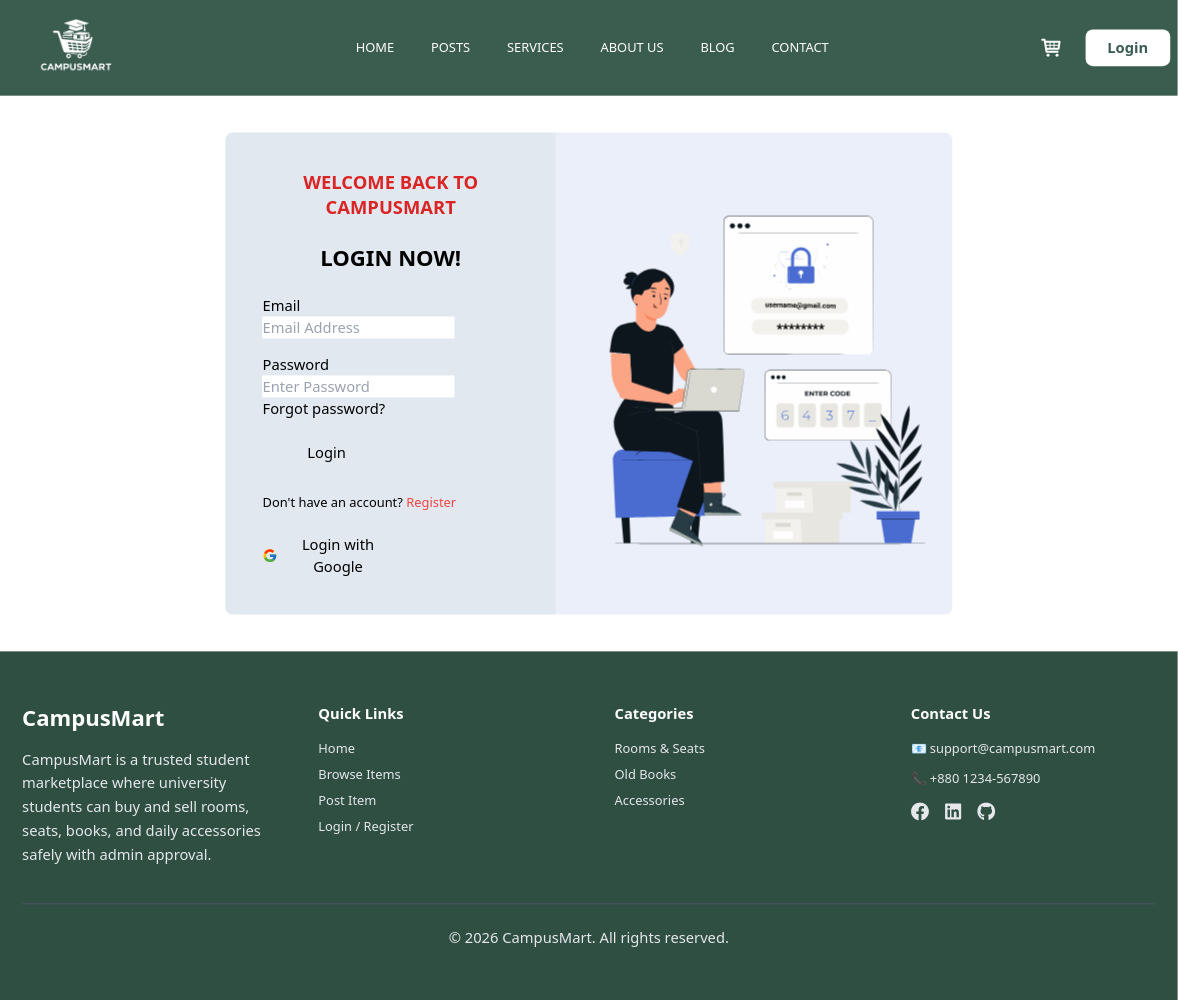
Repository: jahidhasanri/CAMPUSMART
Page: /login
These files come from the project's save history. The page is drawn as it stood at one moment and after the next save; the edit follows.
The browser window is 1280 px wide. The pictures show the whole page, at 92% of full size.
The project was rebuilt for these pictures with package versions that can differ from the ones it lists, and the page was loaded fresh each time. Also part of the build but not shown: vite.config.js, src/components/Banner.jsx, src/Pages/Home.jsx, src/Pages/Register.jsx.

Above is the page before, as saved 2026-01-13 23:17:46.

After the next save:
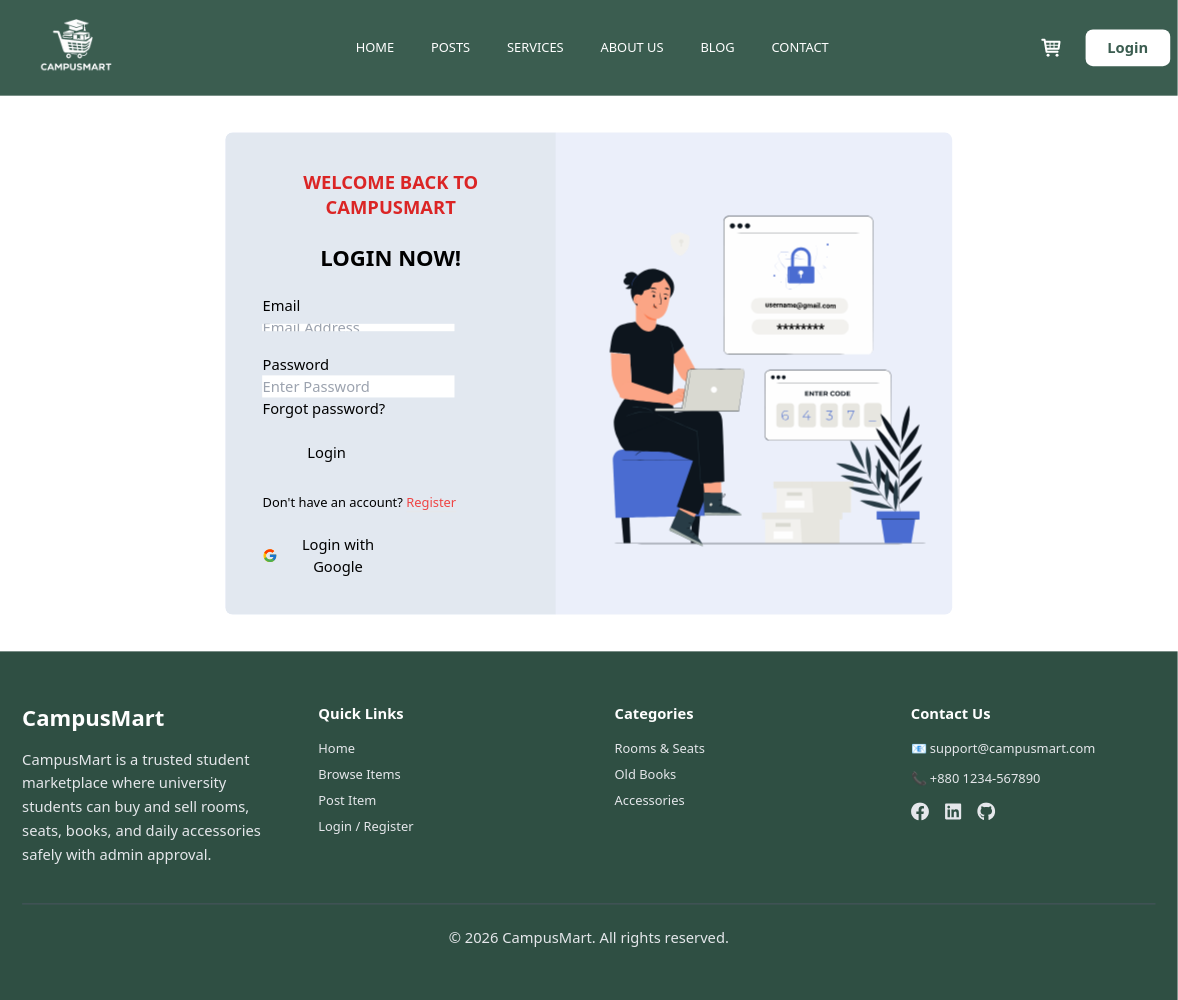
Saved 65 s later.
--- a/src/Pages/Login.jsx
+++ b/src/Pages/Login.jsx
@@ -81,7 +81,7 @@
         <div className=" w-full">
           <div>
             <label className="label">
-            <span className="label-text font-medium mb-1">Email</span>
+            <span className="label-text font-medium mb-1.5">Email</span>
           </label>
           </div>
           <div>
@@ -89,7 +89,7 @@
             type="email"
             name="email"
             placeholder="Email Address"
-            className="input input-bordered w-full lg:w-9/12 bg-white border-gray-300"
+            className="input input-bordered w-full h-2 lg:w-9/12 bg-white border-gray-300"
             required
           />
           </div>
@@ -131,7 +131,7 @@
       <div className="mt-6 w-full flex ">
         <button
         //   onClick={handelLoginwithGoogle}
-          className="btn  flex items-center justify-center gap-2 w-full sm:w-3/4 md:w-2/3 lg:w-1/2 xl:w-1/2"
+          className="btn btn-p flex items-center justify-center gap-2 w-full sm:w-3/4 md:w-2/3 lg:w-1/2 xl:w-1/2"
         >
           <FcGoogle size={20} /> <span>Login with Google</span>
         </button>
